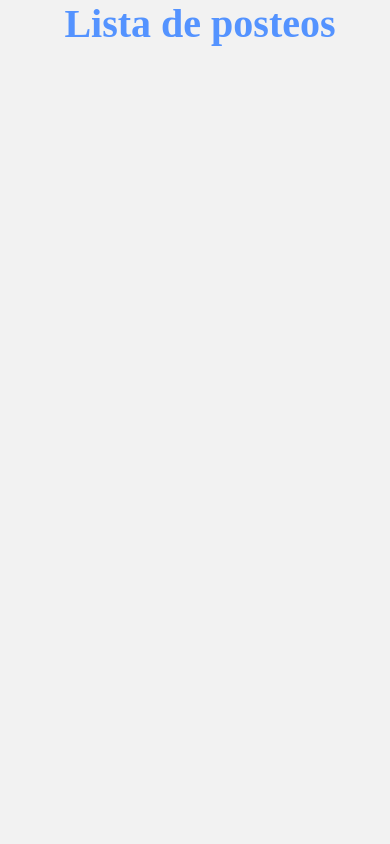
Repository: larafernandezo/finalprog3
Screen: /Home
These files come from the project's save history. The screen is drawn as it stood at one moment and after the next save; the edit follows.
The page's requests for data from a server got no answer. The app was drawn by React Native's web renderer in a window 390 px wide. The project was rebuilt for these pictures with package versions that can differ from the ones it lists, and the page was loaded fresh each time. No one was signed in, and anything a server would have sent is missing. Also part of the build but not shown: src/components/Camera.js, src/screens/Registro.js, src/components/Post.js, src/screens/MiPerfil.js, src/screens/NuevoPost.js, src/components/Menu.js, src/screens/Perfil.js.

Above is the screen before, as saved 2022-11-22 11:40:33.

### App.js
import { StyleSheet, View } from 'react-native';
import { NavigationContainer } from '@react-navigation/native';
import { createNativeStackNavigator } from '@react-navigation/native-stack';
import Registro from './src/screens/Registro';
import Login from './src/screens/Login';
import Home from './src/screens/Home';
import Menu from './src/components/Menu';
import Perfil from './src/screens/Perfil';


const Stack = createNativeStackNavigator();


function App() {
  return (
    <NavigationContainer>
      <Stack.Navigator>
        <Stack.Screen name='Login' component={Login} options= {{ headerShown : false}}/>
        <Stack.Screen name='Registro' component={Registro} options= {{ headerShown : false}}/>
        <Stack.Screen name='Home' component={Home} options= {{ headerShown : false}}/>
        <Stack.Screen name='Menu' component={Menu} options= {{ headerShown : false}}/>
      </Stack.Navigator>
    </NavigationContainer>
  );
};

export default App;

### src/screens/Login.js
import React, {Component} from 'react';
import {auth} from '../firebase/config';
import {View, Text, StyleSheet, TextInput, TouchableOpacity, Image} from 'react-native';

class Login extends Component {
    constructor(){
        super()
        this.state = {
            email: "",
            contraseña: "",
            error: ""
        }
    }

    componentDidMount(){
        auth.onAuthStateChanged(usuario => {
            if (usuario){
                this.props.navigation.navigate ("Menu")
            }
        })
    }

    iniciarUsuario(email, contraseña){
        auth.signInWithEmailAndPassword(email, contraseña)
            .then( res => {
                this.props.navigation.navigate("Menu")
            })
            .catch(error =>
                this.setState({
                error: error.message
            })
            )
    }

    render(){
        return(
            <View style={styles.fondo}>

            <Text style={styles.error}>{this.state.error}</Text>


                <Text style={styles.titulo}>Iniciar Sesión</Text>

                <View style={styles.caja}>
                <Text style={styles.error}>{this.state.error}</Text>
                    <TextInput
                        placeholder= 'Cuenta de Email'
                        keyboardType= 'email-address'
                        onChangeText={ texto => this.setState({email : texto})}
                        value = {this.state.email}
                        style={styles.fillin}
                    />
                    <TextInput
                        placeholder= 'Contraseña'
                        keyboardType= 'default'
                        secureTextEntry = {true}
                        onChangeText={ texto => this.setState({contraseña : texto})}
                        value = {this.state.contraseña}
                        style={styles.fillin}
                    />


{
                this.state.email =="" || this.state.contraseña =="" ?
                    <TouchableOpacity>
                        <Text style={styles.alerta}>Ingresar</Text>
                    </TouchableOpacity>
                :
                    <TouchableOpacity onPress={ () => this.iniciarUsuario (this.state.email, this.state.contraseña)} >
                        <Text style={styles.cont}>Ingresar</Text>
                    </TouchableOpacity>

}

                    <Text onPress={ () => this.props.navigation.navigate ('Registro')} style={styles.switch}>¿No tenés cuenta? Registrate haciendo click aquí</Text>
                </View>
            </View>
        )
    }
}

const styles = StyleSheet.create({
    fondo: {
        alignItems: 'center',
        backgroundColor: 'rgb(234, 242, 248)',
    },
    titulo: {
        color: 'rgb(52, 152, 219)',
        fontFamily: 'avenir',
        fontSize: 26,
        margin: 60,
    },
    caja:{
        backgroundColor: 'rgb(215, 219, 221)',
        borderRadius: 6,
        padding: 20,

    },
    fillin: {
        backgroundColor: 'rgb(253, 254, 254)',
        color: 'rgb(179, 182, 183)',
        fontFamily: 'avenir',
        fontSize: 13,
        margin: 10,
        borderRadius: 6,
        textAlign: 'center',
        padding: 5,
        textAlign: 'left',
    },
    cont: {
        fontFamily: 'avenir',
        fontSize: 14,
        margin: 10,
        backgroundColor: 'rgb(234,252,255)',
        borderRadius: 10,
        textAlign: 'center',
        padding: 5,
    },
    alerta: {
        fontFamily: 'avenir',
        fontSize: 14,
        margin: 10,
        backgroundColor: 'rgb(52, 152, 219)',
        borderRadius: 10,
        textAlign: 'center',
        padding: 5,
        color: 'rgb(234,252,255)',
    },
    switch: {
        fontFamily: 'avenir',
        fontSize: 10,
        margin: 4,
        textAlign: 'center',
        color:'rgb(77, 86, 86)',
    },
    error: {
        fontFamily: 'avenir',
        fontSize: 19,
        margin: 20,
        color: 'rgb(203, 67, 53)'
    },
})



export default Login;

### src/screens/Home.js
import React, { Component } from 'react';
import { View, Text, FlatList,  StyleSheet, TextInput} from 'react-native';
import Post from '../components/Post';
import { db } from '../firebase/config'


class Posts extends Component {

    constructor(props) {
        super(props)
        this.state = {
            posteos: [],
        }
    }

    componentDidMount() {
        db.collection('posts').onSnapshot(
            docs => {
                let posts = [];
                docs.forEach(doc => {
                    posts.push({
                        id: doc.id,
                        data: doc.data()
                    })
                })
                this.setState({
                    posteos: posts,
                })
            })
    }

    render() {
        return (
          //prueba1 descomento para ver si funca
            <View style={styles.view}>
            <Text style={styles.title}> Lista de posteos</Text>
            <FlatList
                    data={this.state.posteos}
                    keyExtractor={ item => item.id.toString()}
                    renderItem={ ({item}) => <Post postData={item} navigation={this.props.navigation} id={item.id}/>}
            />
            </View>
        )
    }
}
const styles = StyleSheet.create({

   title:{
        fontSize: 40,
        fontWeight:'bold',
        textAlign:'center',
        fontFamily: 'raleway heavy',
        color: '#5493ff'

    },
    view:{
        flex:1
    }
})

export default Posts;

### src/firebase/config.js
import app from 'firebase/app';
import firebase from 'firebase';

const firebaseConfig = {
    apiKey: "AIzaSyDPgkPZuV5RhBSI7u_oFMlRH3es895rxlU",
    authDomain: "finalprog3-bb705.firebaseapp.com",
    projectId: "finalprog3-bb705",
    storageBucket: "finalprog3-bb705.appspot.com",
    messagingSenderId: "894733539643",
    appId: "1:894733539643:web:6ef31fb78c2644aa783f1e"
  };

app.initializeApp(firebaseConfig);

export const auth = firebase.auth();
export const storage = app.storage();
export const db = app.firestore();

After the next save:
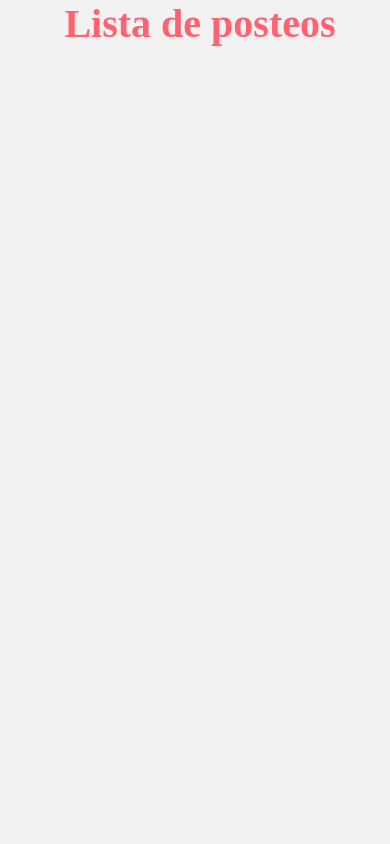
Saved 28 s later.
--- a/src/screens/Home.js
+++ b/src/screens/Home.js
@@ -50,7 +50,7 @@ const styles = StyleSheet.create({
         fontWeight:'bold',
         textAlign:'center',
         fontFamily: 'raleway heavy',
-        color: '#5493ff'
+        color: '#ff6271'
 
     },
     view:{
